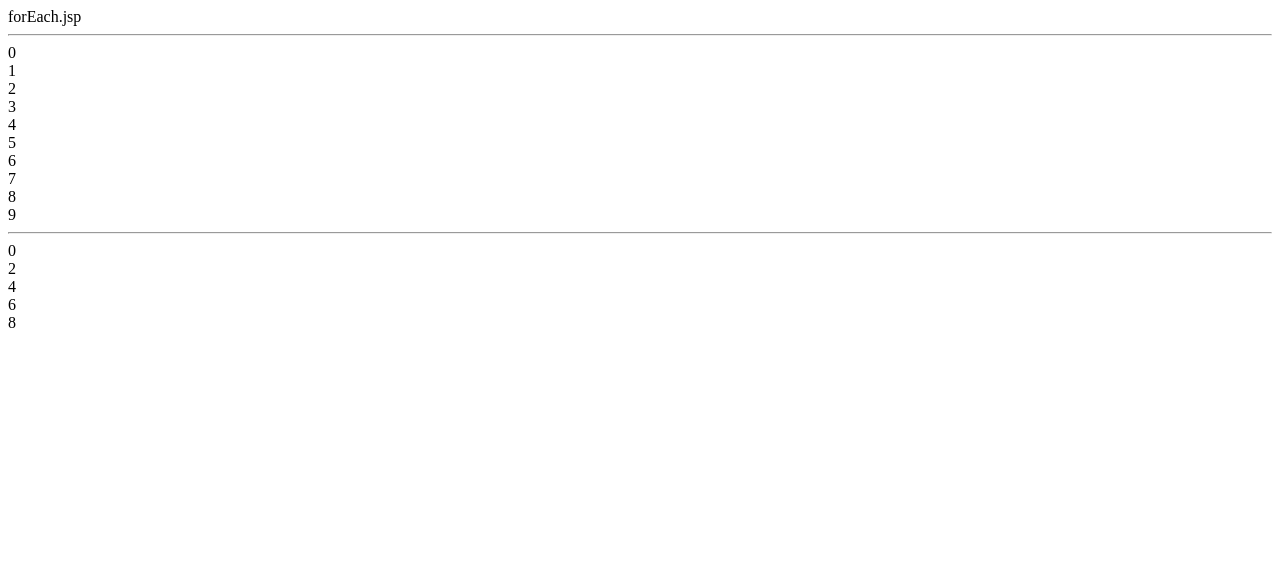
Repository: cartoon1110/KosaSwCourse
Page: http://localhost/JSPprogramming/ch11/forEach.jsp
These files come from the project's save history. The page is drawn as it stood at one moment and after the next save; the edit follows.
The browser window is 1280 px wide. The pictures show the whole page.
The page is served by Tomcat 9.

Above is the page before, as saved 2015-08-29 08:03:57.

After the next save:
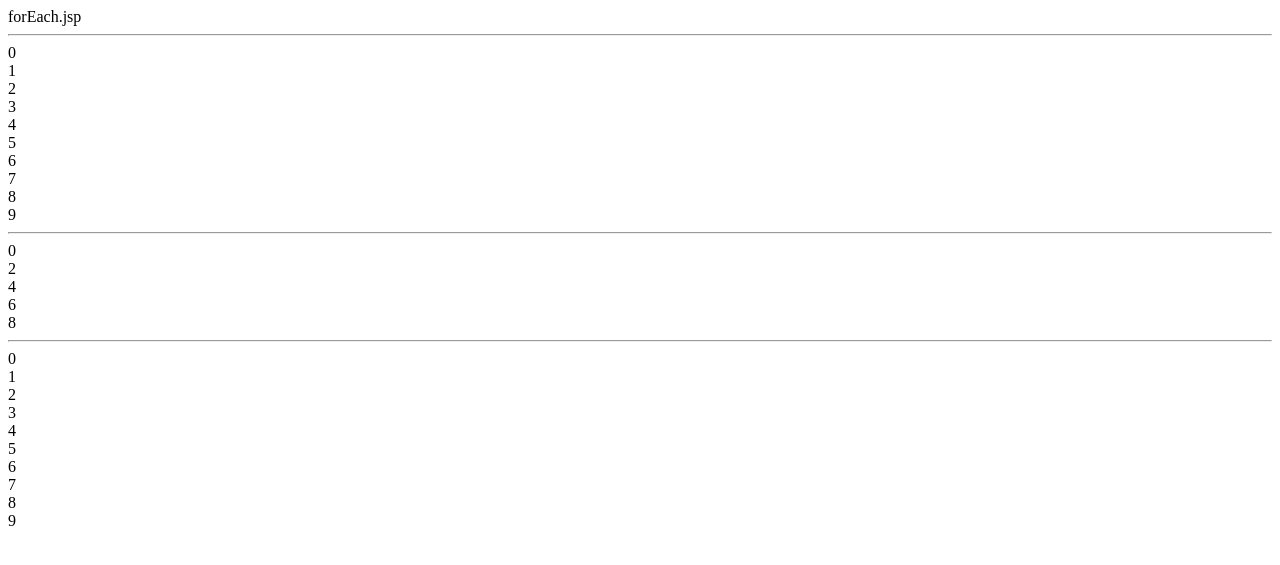
Saved 63 s later.
--- a/workspace-web/JSPprogramming/WebContent/ch11/forEach.jsp
+++ b/workspace-web/JSPprogramming/WebContent/ch11/forEach.jsp
@@ -21,6 +21,10 @@
 			${ i} <br/>
 		</c:forEach>
 
+<hr/>
+		<c:forEach var="i" begin="0" end="9" varStatus="status">
+			${ i} <br/>
+		</c:forEach>
 
 	</body>
 </html>
